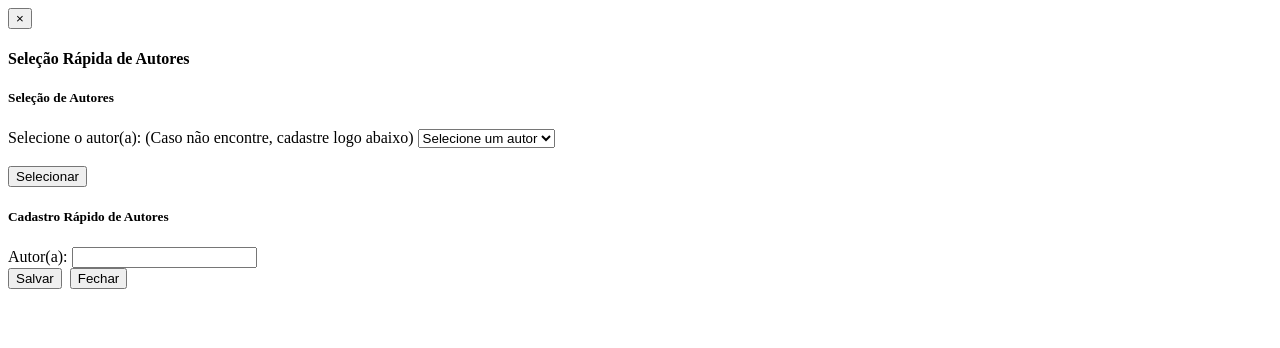
Repository: rrgonzaga/projeto-teste-biblioteca
Page: http://localhost/autor/CadastroRapidoAutor
The author's editor kept a copy of each file at every save. The page is drawn from the files as they stood at one save, then again after the next save.
The browser window is 1280 px wide. The pictures show the whole page.
The page is this project's Thymeleaf template; nobody is signed in. The template is opened directly, without the code that normally fills it, so the values that code supplies are empty.

Above is the page before, as saved 2018-11-21 02:51:50.

### biblioteca/src/main/resources/templates/autor/CadastroRapidoAutor.html
<!DOCTYPE html>
<html lang="pt" xmlns="http://www.w3.org/1999/xhtml"
xmlns:th="http://www.thymeleaf.org">

<head></head>

<body>
	<!-- Modal -->
	<div class="modal fade" id="CadastroRapidoAutor-modal" tabindex="-1" role="dialog" th:fragment="CadastroRapidoAutor-modal">
	  <div class="modal-dialog modal-lg" >
	    <div class="modal-content">
	      <div class="modal-header">
	        <button type="button" class="close" data-dismiss="modal" ><span aria-hidden="true">&times;</span></button>
	        <h4 class="modal-title" id="myModalLabel">Seleção Rápida de Autores</h4>
	      </div>
	      <div class="modal-body">
	      	<form class="form-horizontal" th:action="@{/autores}">
		      	<div id="SelecaoRapida">
		      		<h5 class="text-center active">Seleção de Autores</h5>
		      		<div class="">
		      			<label for="" class="control-label">Selecione o autor(a): (Caso não encontre, cadastre logo abaixo)</label>
	      				<select id="sel-autor-modal" class="form-control">
	      					<option value="">Selecione um autor</option>
	      					<option th:each="autor: ${autores}" th:value="${autor.codigo}" th:text="${autor.nome}"></option>
	      				</select>
		      		</div>
	      		    <br>
		      		<div class="text-right">
		      			<button id="btnSelecionar-modal" type="button" class="btn btn-primary">Selecionar</button>
		      		</div>
	      		</div>

		      	<div id="CadastroRapido">
		      		<div id="js-mensagem-cadastro-rapido-autores" class="alert alert-danger hidden" role="alert"></div>
		      		<h5 class="text-center warning">Cadastro Rápido de Autores</h5>
		      		<div id="form-group-input-nome-autor" class="">
		      			<label for="id-autor-modal" class="col-sm-1 control-label">Autor(a):</label>
		      			<input type="text" id="id-autor-modal" class="form-control">
		      		</div>
	      		</div>

	      	</form>
	      </div>
	      <div class="modal-footer">
	        <button id="btnSalvar-modal" type="button" class="btn btn-default">Salvar</button>&nbsp;
	        <button type="button" class="btn btn-default" data-dismiss="modal">Fechar</button>
	      </div>
	    </div>
	  </div>
	</div>
	<!-- Fim Modal -->

</body>
</html>

After the next save:
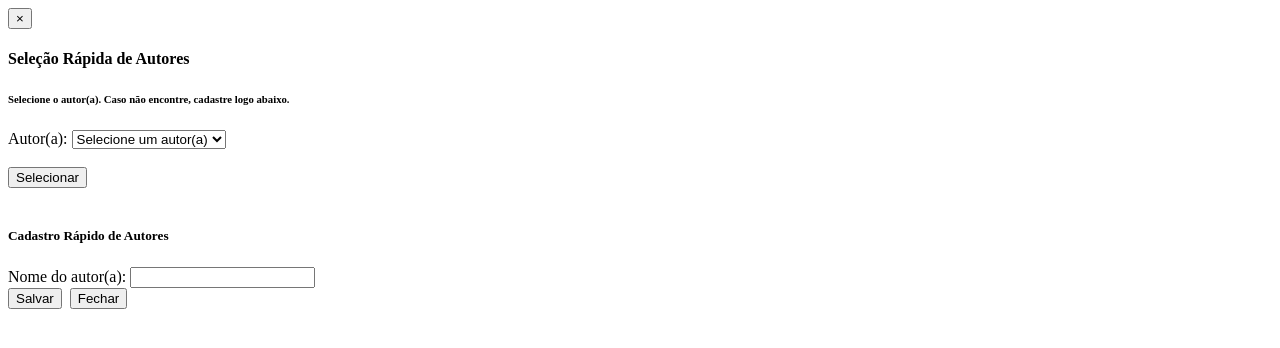
Saved 9 min 49 s later.
--- a/biblioteca/src/main/resources/templates/autor/CadastroRapidoAutor.html
+++ b/biblioteca/src/main/resources/templates/autor/CadastroRapidoAutor.html
@@ -16,11 +16,11 @@ xmlns:th="http://www.thymeleaf.org">
 	      <div class="modal-body">
 	      	<form class="form-horizontal" th:action="@{/autores}">
 		      	<div id="SelecaoRapida">
-		      		<h5 class="text-center active">Seleção de Autores</h5>
 		      		<div class="">
-		      			<label for="" class="control-label">Selecione o autor(a): (Caso não encontre, cadastre logo abaixo)</label>
+		      			<h6>Selecione o autor(a). Caso não encontre, cadastre logo abaixo.</h6>
+		      			<label for="" class="control-label">Autor(a):</label>
 	      				<select id="sel-autor-modal" class="form-control">
-	      					<option value="">Selecione um autor</option>
+	      					<option value="">Selecione um autor(a)</option>
 	      					<option th:each="autor: ${autores}" th:value="${autor.codigo}" th:text="${autor.nome}"></option>
 	      				</select>
 		      		</div>
@@ -29,12 +29,12 @@ xmlns:th="http://www.thymeleaf.org">
 		      			<button id="btnSelecionar-modal" type="button" class="btn btn-primary">Selecionar</button>
 		      		</div>
 	      		</div>
-
+		      	<br>
 		      	<div id="CadastroRapido">
 		      		<div id="js-mensagem-cadastro-rapido-autores" class="alert alert-danger hidden" role="alert"></div>
 		      		<h5 class="text-center warning">Cadastro Rápido de Autores</h5>
 		      		<div id="form-group-input-nome-autor" class="">
-		      			<label for="id-autor-modal" class="col-sm-1 control-label">Autor(a):</label>
+		      			<label for="id-autor-modal" class="col-sm-1 control-label">Nome do autor(a):</label>
 		      			<input type="text" id="id-autor-modal" class="form-control">
 		      		</div>
 	      		</div>
